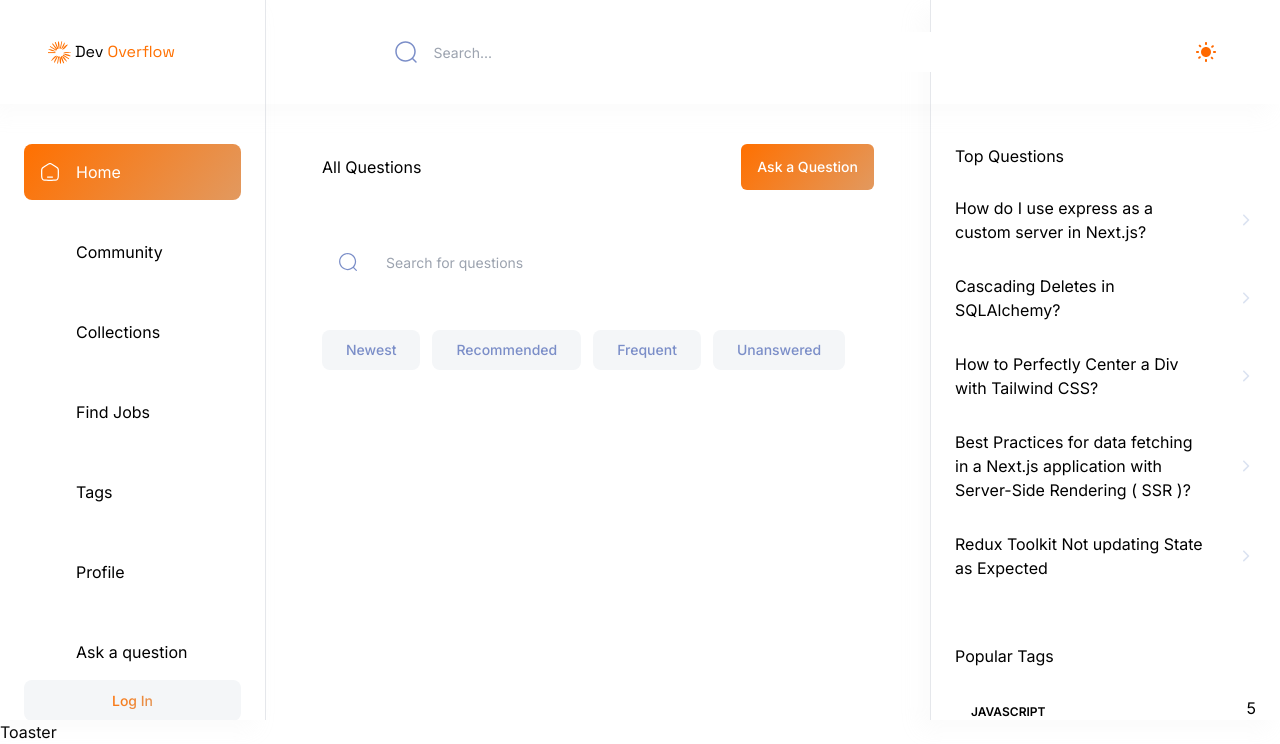
Repository: Saadelfadil/StackOverFlow
Page: /
These files come from the project's save history. The page is drawn as it stood at one moment and after a run of saves; the edit follows.
The browser window is 1280 px wide. The pictures show the whole page.
The page's requests for data from a server got no answer. The project was rebuilt for these pictures with package versions that can differ from the ones it lists, and the page was loaded fresh each time. Some packages were replaced by stand-ins written for this rebuild. The framework's server and built-in components were replaced by stand-ins that run in the browser. No one was signed in, and anything a server would have sent is missing. Also part of the build but not shown: next.config.js.

Above is the page before, as saved 2024-01-02 18:24:19.

### app/layout.tsx
import { ClerkProvider } from "@clerk/nextjs";
import React from "react";
import "./globles.css";
import { Inter, Space_Grotesk } from "next/font/google";
import type { Metadata } from "next";
import { ThemeProvider } from "@/context/ThemProvider";

export const metadata: Metadata = {
  title: "Stack Over Flow Clone",
  description: "Stack Over Flow Clone",
  icons: {
    icon: "/assets/images/site-logo.svg",
  },
};

const inter = Inter({
  subsets: ["latin"],
  weight: ["100", "200", "300", "400", "500", "600", "700", "800", "900"],
  variable: "--font-inter",
});

const spaceGrotesk = Space_Grotesk({
  subsets: ["latin"],
  weight: ["300", "400", "500", "600", "700"],
  variable: "--font-spaceGrotesk",
});

export default function RootLayout({
  children,
}: {
  children: React.ReactNode;
}) {
  return (
    <ClerkProvider
      appearance={{
        elements: {
          formButtonPrimary: "primary-gradient",
          footerActionLink: "primary-text-gradient hover:text-primary-500",
        },
      }}
    >
      <html lang="en">
        <body className={`${inter.variable} ${spaceGrotesk.variable}`}>
          <ThemeProvider>
            {children}
          </ThemeProvider>
        </body>
      </html>
    </ClerkProvider>
  );
}

### app/(root)/layout.tsx
import LeftNavbar from "@/components/shared/LeftNavbar";
import RightSidebar from "@/components/shared/RightSidebar";
import Navbar from "@/components/shared/navbar/Navbar";
import React from "react";

const Layout = ({ children }: { children: React.ReactNode }) => {
  return (
    <main className="background-light850_dark100 relative">
      <Navbar />
      <div className="flex">
        <LeftNavbar />
        <section className="flex min-h-screen flex-1 flex-col px-6 pb-6 pt-36 max-md:pb-14 sm:px-14">
          <div className="mx-auto w-full max-w-5xl">{children}</div>
        </section>
        <RightSidebar />
      </div>
      Toaster
    </main>
  );
};

export default Layout;

### app/(root)/(home)/page.tsx
import Filter from "@/components/shared/Filter";
import HomeFilters from "@/components/shared/home/HomeFilters";
import LocalSearchbar from "@/components/shared/search/LocalSearchbar";
import { Button } from "@/components/ui/button";
import { HomePageFilters } from "@/constants/filters";
import Link from "next/link";

export default function Home() {
  return (
    <>
      <div className="flex w-full flex-col-reverse justify-between gap-4 sm:flex-row sm:items-center">
        <h1 className="h1-bold text-dark100_light900">All Questions</h1>
        <Link href={"/ask-question"} className="flex justify-end max-sm:w-full">
          <Button className="primary-gradient min-h-[46px] px-4 py-3 !text-light-900">
            Ask a Question
          </Button>
        </Link>
      </div>

      <div className="mt-11 flex justify-between gap-5 max-sm:flex-col sm:items-center">
        <LocalSearchbar
          route="/"
          iconPosition="left"
          imgSrc="/assets/icons/search.svg"
          placeholder="Search for questions"
          otherClasses="flex-1"
        />
        <Filter
          filters={HomePageFilters}
          otherClasses="min-h-[56px] sm:min-w-[170px]"
          containerClasses="hidden max-md:flex"
        />
      </div>
      <HomeFilters />
    </>
  );
}

### context/ThemProvider.tsx
"use client";

import React, { createContext, useState, useEffect, useContext } from "react";

interface ThemeContextType {
  mode: string;
  setMode: (mode: string) => void;
}

const ThemeContext = createContext<ThemeContextType | undefined>(undefined);

export function ThemeProvider({ children }: { children: React.ReactNode }) {
  const [mode, setMode] = useState("");

  const handlesThemeChange = () => {
    if (localStorage.theme === "dark" || (!("theme" in localStorage) && window.matchMedia("(prefers-color-scheme: dark)").matches)) {
      setMode("dark");
      document.documentElement.classList.add("dark");
    } else {
      setMode("light");
      document.documentElement.classList.remove("dark");
    }
  };

  useEffect(() => {
    handlesThemeChange();
  }, [mode]);

  return (
    <ThemeContext.Provider value={{ mode, setMode }}>
      {children}
    </ThemeContext.Provider>
  );
}

export function useTheme() {
  const context = useContext(ThemeContext);
  if (context === undefined) {
    throw new Error("useTheme must be used within a ThemeProvider");
  }

  return context;
}

### components/shared/LeftNavbar.tsx
"use client";
import { sidebarLinks } from "@/constants/constants";
import React from "react";
import { usePathname } from "next/navigation";
import Image from "next/image";
import Link from "next/link";
import { SignedOut } from "@clerk/nextjs";
import { Button } from "../ui/button";

const LeftNavbar = () => {
  const pathname = usePathname();
  return (
    <section className="background-light900_dark200 light-border custom-scrollbar sticky left-0 top-0 flex h-screen flex-col justify-between overflow-y-auto border-r p-6 pt-36 shadow-light-300 max-sm:hidden lg:w-[266px] dark:shadow-none">
      <div className="flex flex-1 flex-col gap-6">
        {sidebarLinks.map((item) => {
          const isActive =
            (pathname.includes(item.route) && item.route.lenght > 1) ||
            pathname === item.route;
          return (
            <Link
              key={item.route}
              href={item.route}
              className={`${
                isActive
                  ? "primary-gradient rounded-lg text-light-900"
                  : "text-dark300_light900"
              } flex items-center justify-start gap-4 bg-transparent p-4`}
            >
              <Image
                src={item.imgURL}
                alt={item.label}
                width={20}
                height={20}
                className={`${isActive ? "" : "invert-colors"}`}
              />
              <p
                className={`${
                  isActive ? "base-bold" : "base-medium"
                } max-lg:hidden`}
              >
                {item.label}
              </p>
            </Link>
          );
        })}
      </div>

      <SignedOut>
        <div className="flex flex-col gap-3">
          <Link href="/sign-in">
            <Button className="small-medium btn-secondary min-h-[41px] w-full rounded-lg px-4  py-3 shadow-none">
              <Image
                src="/assets/icons/account.svg"
                alt="login"
                width={20}
                height={20}
                className="invert-colors lg:hidden"
              />
              <span className="primary-text-gradient max-lg:hidden">
                Log In
              </span>
            </Button>
          </Link>

          <Link href="/sign-up">
            <Button className="small-medium text-dark400_light900 light-border-2 btn-tertiary min-h-[41px] w-full rounded-lg px-4  py-3 shadow-none">
              <Image
                src="/assets/icons/sign-up.svg"
                alt="sign up"
                width={20}
                height={20}
                className="invert-colors lg:hidden"
              />
              <span className="max-lg:hidden">Sign Up</span>
            </Button>
          </Link>
        </div>
      </SignedOut>
    </section>
  );
};

export default LeftNavbar;

### components/shared/RightSidebar.tsx
import Image from "next/image";
import Link from "next/link";
import React from "react";
import RenderTag from "./RenderTag";

const hotQuetions = [
  { _id: 1, title: "How do I use express as a custom server in Next.js?" },
  { _id: 2, title: "Cascading Deletes in SQLAlchemy?" },
  { _id: 3, title: "How to Perfectly Center a Div with Tailwind CSS?" },
  {
    _id: 4,
    title:
      "Best Practices for data fetching in a Next.js application with Server-Side Rendering ( SSR )?",
  },
  { _id: 5, title: "Redux Toolkit Not updating State as Expected" },
];

const popularTags = [
  { _id: 1, name: "javascript", totalQuestions: 5 },
  { _id: 2, name: "react", totalQuestions: 5 },
  { _id: 3, name: "next", totalQuestions: 5 },
  { _id: 4, name: "vue", totalQuestions: 2 },
  { _id: 5, name: "redux", totalQuestions: 10 },
];

const RightSidebar = () => {
  return (
    <section className="background-light900_dark200 light-border custom-scrollbar sticky right-0 top-0 flex h-screen w-[350px] flex-col overflow-y-auto border-l p-6 pt-36 shadow-light-300 max-xl:hidden dark:shadow-none">
      <div>
        <h3 className="h3-bold text-dark200_light900">Top Questions</h3>
        <div className="mt-7 flex w-full flex-col gap-[30px]">
          {hotQuetions.map((question) => (
            <Link
              href={`/questions/${question._id}`}
              key={question._id}
              className="flex cursor-pointer items-center justify-between gap-7"
            >
              <p className="body-medium text-dark500_light700">
                {question.title}
              </p>

              <Image
                src="/assets/icons/chevron-right.svg"
                alt="chevron right"
                width={20}
                height={20}
                className="invert-colors"
              />
            </Link>
          ))}
        </div>
      </div>

      <div className="mt-16">
        <h3 className="h3-bold text-dark200_light900">Popular Tags</h3>
        <div className="mt-7 flex flex-col gap-4">
          {popularTags.map((tag) => (
            <RenderTag
              key={tag._id}
              _id={tag._id}
              name={tag.name}
              totalQuestions={tag.totalQuestions}
              showCount
            />
          ))}
        </div>
      </div>
    </section>
  );
};

export default RightSidebar;

### components/shared/navbar/Navbar.tsx
import Link from "next/link";
import Image from "next/image";
import React from "react";
import { SignedIn, UserButton } from "@clerk/nextjs";
import Theme from "./Theme";
import MobileNavbar from "./MobileNavbar";
import GlobalSearch from "../search/GlobalSearch";

const Navbar = () => {
  return (
    <nav className="flex-between background-light900_dark200 fixed z-50 w-full gap-5 p-6 shadow-light-300 sm:px-12 dark:shadow-none">
      <Link href="/" className="flex items-center gap-1">
        <Image
          src="/assets/images/site-logo.svg"
          width={23}
          height={23}
          alt="StackOverFlow"
        />
        <p className="h2-bold font-spaceGrotesk text-dark-100 max-sm:hidden dark:text-light-900">
          Dev <span className="text-primary-500">Overflow</span>
        </p>
      </Link>

      <GlobalSearch />

      <div className="flex-between gap-5">
        <Theme />
        <SignedIn>
          <UserButton
            afterSignOutUrl="/"
            appearance={{
              elements: {
                avatar: "h-10 w-10",
              },
              variables: {
                colorPrimary: "#ff7000",
              },
            }}
          />
        </SignedIn>

        <MobileNavbar />
      </div>
    </nav>
  );
};

export default Navbar;

### components/shared/Filter.tsx
"use client";
import React from "react";
import {
  Select,
  SelectContent,
  SelectItem,
  SelectGroup,
  SelectTrigger,
  SelectValue,
} from "@/components/ui/select";

interface Props {
  filters: {
    name: string;
    value: string;
  }[];
  otherClasses?: string;
  containerClasses?: string;
}

const Filter = ({ filters, otherClasses, containerClasses }: Props) => {
  return (
    <div className={`relative ${containerClasses}`}>
      <Select>
        <SelectTrigger
          className={`${otherClasses} body-regular light-border background-light800_dark300 text-dark500_light700 border px-5 py-2.5`}
        >
          <div className="line-clamp-1 flex-1 text-left">
            <SelectValue placeholder="Select a Filter" />
          </div>
        </SelectTrigger>
        <SelectContent>
          <SelectGroup>
            {filters.map((item) => (
              <SelectItem key={item.value} value={item.value}>
                {item.name}
              </SelectItem>
            ))}
          </SelectGroup>
        </SelectContent>
      </Select>
    </div>
  );
};

export default Filter;

### components/shared/home/HomeFilters.tsx
"use client";
import { Button } from "@/components/ui/button";
import { HomePageFilters } from "@/constants/filters";
import React from "react";

const HomeFilters = () => {
  const isActive = "";
  return (
    <div className="mt-10 hidden flex-wrap gap-3 md:flex">
      {HomePageFilters.map((item) => (
        <Button
          key={item.value}
          onClick={() => {}}
          className={`body-medium rounded-lg px-6 py-3 capitalize shadow-none ${
            isActive === item.value
              ? "bg-primary-100"
              : "bg-light-800 text-light-500 hover:bg-light-800 dark:bg-dark-300 dark:text-light-500 dark:hover:bg-dark-300 "
          }`}
        >
          {item.name}
        </Button>
      ))}
    </div>
  );
};

export default HomeFilters;

### components/shared/search/LocalSearchbar.tsx
"use client";
import { Input } from "@/components/ui/input";
import Image from "next/image";
import React from "react";

interface CustomInputProps {
  route: string;
  iconPosition: string;
  imgSrc: string;
  placeholder: string;
  otherClasses: string;
}

const LocalSearchbar = ({
  route,
  iconPosition,
  imgSrc,
  placeholder,
  otherClasses,
}: CustomInputProps) => {
  return (
    <div
      className={`background-light800_darkgradient flex min-h-[56px] grow items-center gap-4 rounded-[10px] px-4 ${otherClasses}`}
    >
      {iconPosition === "left" && (
        <Image
          src={imgSrc}
          alt="search icon"
          width={20}
          height={20}
          className="cursor-pointer"
        />
      )}

      <Input
        type="text"
        placeholder={placeholder}
        value={""}
        onChange={() => {}}
        className="paragraph-regular no-focus placeholder background-light800_darkgradient border-none shadow-none outline-none "
      />

      {iconPosition === "right" && (
        <Image
          src={imgSrc}
          alt="search icon"
          width={20}
          height={20}
          className="cursor-pointer"
        />
      )}

    </div>
  );
};

export default LocalSearchbar;

### components/ui/button.tsx
import * as React from "react"
import { Slot } from "@radix-ui/react-slot"
import { cva, type VariantProps } from "class-variance-authority"

import { cn } from "@/lib/utils"

const buttonVariants = cva(
  "inline-flex items-center justify-center whitespace-nowrap rounded-md text-sm font-medium ring-offset-background transition-colors focus-visible:outline-none focus-visible:ring-2 focus-visible:ring-ring focus-visible:ring-offset-2 disabled:pointer-events-none disabled:opacity-50",
  {
    variants: {
      variant: {
        default: "bg-primary text-primary-foreground hover:bg-primary/90",
        destructive:
          "bg-destructive text-destructive-foreground hover:bg-destructive/90",
        outline:
          "border border-input bg-background hover:bg-accent hover:text-accent-foreground",
        secondary:
          "bg-secondary text-secondary-foreground hover:bg-secondary/80",
        ghost: "hover:bg-accent hover:text-accent-foreground",
        link: "text-primary underline-offset-4 hover:underline",
      },
      size: {
        default: "h-10 px-4 py-2",
        sm: "h-9 rounded-md px-3",
        lg: "h-11 rounded-md px-8",
        icon: "h-10 w-10",
      },
    },
    defaultVariants: {
      variant: "default",
      size: "default",
    },
  }
)

export interface ButtonProps
  extends React.ButtonHTMLAttributes<HTMLButtonElement>,
    VariantProps<typeof buttonVariants> {
  asChild?: boolean
}

const Button = React.forwardRef<HTMLButtonElement, ButtonProps>(
  ({ className, variant, size, asChild = false, ...props }, ref) => {
    const Comp = asChild ? Slot : "button"
    return (
      <Comp
        className={cn(buttonVariants({ variant, size, className }))}
        ref={ref}
        {...props}
      />
    )
  }
)
Button.displayName = "Button"

export { Button, buttonVariants }

### constants/constants.ts
import { SidebarLink } from "@/types";

export const themes = [
  { value: "light", label: "Light", icon: "/assets/icons/sun.svg" },
  { value: "dark", label: "Dark", icon: "/assets/icons/moon.svg" },
  { value: "system", label: "System", icon: "/assets/icons/computer.svg" },
];
export const sidebarLinks: SidebarLink[] = [
  {
    imgURL: "/assets/icons/home.svg",
    route: "/",
    label: "Home",
  },
  {
    imgURL: "/assets/icons/users.svg",
    route: "/community",
    label: "Community",
  },
  {
    imgURL: "/assets/icons/star.svg",
    route: "/collection",
    label: "Collections",
  },
  {
    imgURL: "/assets/icons/suitcase.svg",
    route: "/jobs",
    label: "Find Jobs",
  },
  {
    imgURL: "/assets/icons/tag.svg",
    route: "/tags",
    label: "Tags",
  },
  {
    imgURL: "/assets/icons/user.svg",
    route: "/profile",
    label: "Profile",
  },
  {
    imgURL: "/assets/icons/question.svg",
    route: "/ask-question",
    label: "Ask a question",
  },
];
export const BADGE_CRITERIA = {
  QUESTION_COUNT: { BRONZE: 10, SILVER: 50, GOLD: 100 },
  ANSWER_COUNT: {
    BRONZE: 10,
    SILVER: 50,
    GOLD: 100,
  },
  QUESTION_UPVOTES: {
    BRONZE: 10,
    SILVER: 50,
    GOLD: 100,
  },
  ANSWER_UPVOTES: {
    BRONZE: 10,
    SILVER: 50,
    GOLD: 100,
  },
  TOTAL_VIEWS: {
    BRONZE: 1000,
    SILVER: 10000,
    GOLD: 100000,
  },
};

### components/shared/RenderTag.tsx
import Link from "next/link";
import React from "react";
import { Badge } from "../ui/badge";

interface Props {
  _id: number;
  name: string;
  totalQuestions: number;
  showCount?: boolean;
}

const RenderTag = ({ _id, name, totalQuestions, showCount }: Props) => {
  return (
    <Link
    href={`/tags/${_id}`}
    className="flex justify-between gap-2"
    >
        <Badge className="subtle-medium background-light800_dark300 text-light400_light500 rounded-md border-none px-4 py-2 uppercase ">
            {name}
        </Badge>
        {showCount && (
            <p className="small-medium text-dark500_light700">
                {totalQuestions}
            </p>
        )}
    </Link>
  )
};

export default RenderTag;

### components/shared/navbar/Theme.tsx
"use client";
import React from "react";
import { useTheme } from "@/context/ThemProvider";
import {
  Menubar,
  MenubarContent,
  MenubarItem,
  MenubarMenu,
  MenubarTrigger,
} from "@/components/ui/menubar";
import Image from "next/image";
import { themes } from "@/constants/constants";

const Theme = () => {
  const { mode, setMode } = useTheme();
  return (
    <Menubar className="relative border-none bg-transparent shadow-none">
      <MenubarMenu>
        <MenubarTrigger className="focus:bg-light-900 data-[state-open]:bg-light-900 dark:focus:bg-dark-200 dark:data-[state=open]:bg-dark-200">
          {mode === "light" ? (
            <Image
              src="/assets/icons/sun.svg"
              alt="sun"
              width={20}
              height={20}
              className="active-theme"
            />
          ) : (
            <Image
              src="/assets/icons/moon.svg"
              alt="moon"
              width={20}
              height={20}
              className="active-theme"
            />
          )}
        </MenubarTrigger>
        <MenubarContent className="absolute right-[-3rem] mt-3 min-w-[120px] rounded border py-2 dark:border-dark-400 dark:bg-dark-300 ">
          {themes.map((item) => (
            <MenubarItem
              key={item.value}
              className="flex items-center gap-4 px-2.5 py-2 dark:focus:bg-dark-400 "
              onClick={() => {
                setMode(item.value);
                if (item.value !== "system") localStorage.theme = item.value;
                else localStorage.removeItem("theme");
              }}
            >
              <Image
                src={item.icon}
                alt={item.value}
                width={16}
                height={16}
                className={`${mode === item.value && "active-theme"}`}
              />
              <p
                className={`body-semibold text-light-500  ${
                  mode === item.value
                    ? "text-primary-500"
                    : "text-dark100_light900"
                }`}
              >
                {item.label}
              </p>
            </MenubarItem>
          ))}
        </MenubarContent>
      </MenubarMenu>
    </Menubar>
  );
};

export default Theme;

### components/shared/search/GlobalSearch.tsx
import { Input } from "@/components/ui/input";
import Image from "next/image";
import React from "react";

const GlobalSearch = () => {
  return (
    <div className="relative w-full max-w-[600px] max-lg:hidden ">
      <div className="background-light800_darkgradient relative flex min-h-[56px] grow items-center gap-1 rounded-xl px-4 ">
        <Image
          src="/assets/icons/search.svg"
          alt="search"
          width={24}
          height={24}
          className="cursor-pointer"
        />
        <Input
          type="text"
          placeholder="Search..."
          className="paragraph-regular no-focus placeholder background-light800_darkgradient border-none shadow-none outline-none "
        />
      </div>
    </div>
  );
};

export default GlobalSearch;

### components/ui/input.tsx
import * as React from "react"

import { cn } from "@/lib/utils"

export interface InputProps
  extends React.InputHTMLAttributes<HTMLInputElement> {}

const Input = React.forwardRef<HTMLInputElement, InputProps>(
  ({ className, type, ...props }, ref) => {
    return (
      <input
        type={type}
        className={cn(
          "flex h-10 w-full rounded-md border border-input bg-background px-3 py-2 text-sm ring-offset-background file:border-0 file:bg-transparent file:text-sm file:font-medium placeholder:text-muted-foreground focus-visible:outline-none focus-visible:ring-2 focus-visible:ring-ring focus-visible:ring-offset-2 disabled:cursor-not-allowed disabled:opacity-50",
          className
        )}
        ref={ref}
        {...props}
      />
    )
  }
)
Input.displayName = "Input"

export { Input }

### components/ui/badge.tsx
import * as React from "react"
import { cva, type VariantProps } from "class-variance-authority"

import { cn } from "@/lib/utils"

const badgeVariants = cva(
  "inline-flex items-center rounded-full border px-2.5 py-0.5 text-xs font-semibold transition-colors focus:outline-none focus:ring-2 focus:ring-ring focus:ring-offset-2",
  {
    variants: {
      variant: {
        default:
          "border-transparent bg-primary text-primary-foreground hover:bg-primary/80",
        secondary:
          "border-transparent bg-secondary text-secondary-foreground hover:bg-secondary/80",
        destructive:
          "border-transparent bg-destructive text-destructive-foreground hover:bg-destructive/80",
        outline: "text-foreground",
      },
    },
    defaultVariants: {
      variant: "default",
    },
  }
)

export interface BadgeProps
  extends React.HTMLAttributes<HTMLDivElement>,
    VariantProps<typeof badgeVariants> {}

function Badge({ className, variant, ...props }: BadgeProps) {
  return (
    <div className={cn(badgeVariants({ variant }), className)} {...props} />
  )
}

export { Badge, badgeVariants }

Loaded but not shown: constants/filters.ts (common file); lib/utils.ts (common file); tailwind.config.ts (common file); components/ui/menubar.tsx (236 lines, source omitted); components/ui/select.tsx (160 lines, source omitted); components/ui/sheet.tsx (140 lines, source omitted); app/globles.css (165 lines, source omitted); components/shared/navbar/MobileNavbar.tsx (110 lines, source omitted)

After the next 2 saves:
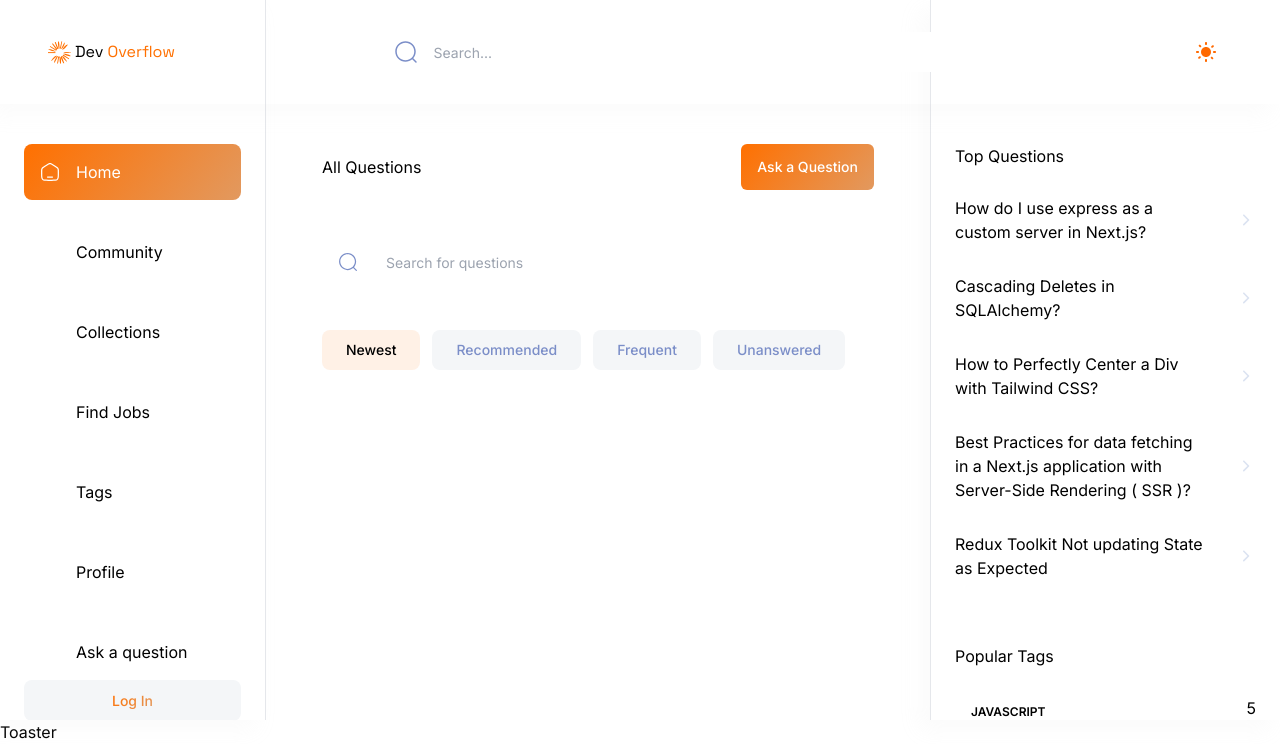
The 2 saves are shown as one change because they came seconds apart.
The last was saved 117 s later.
--- a/components/shared/home/HomeFilters.tsx
+++ b/components/shared/home/HomeFilters.tsx
@@ -4,7 +4,7 @@ import { HomePageFilters } from "@/constants/filters";
 import React from "react";
 
 const HomeFilters = () => {
-  const isActive = "";
+  const isActive = "newest";
   return (
     <div className="mt-10 hidden flex-wrap gap-3 md:flex">
       {HomePageFilters.map((item) => (
